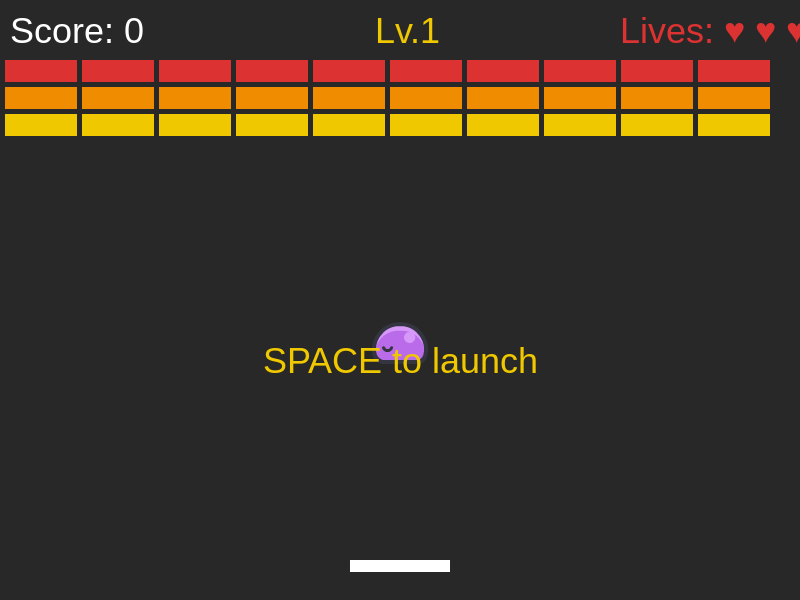
Repository: 20260182H-am/my-first-game
Script's output: python BreakOut.py
These files come from the project's save history. The script's output is drawn as it stood at one moment and after the next save; the edit follows.
The window is shown after at most 60 frames with no key pressed. A system font it names is replaced by a similar one. Random numbers start from a fixed seed. It also reads assets/images/BreakOut_ball.png.

Above is the script's output before, as saved 2026-04-07 15:23:12.

### BreakOut.py
import pygame
import sys

pygame.init()

def get_korean_font(size):
    candidates = ["malgungothic", "applegothic", "nanumgothic", "notosanscjk"]
    for name in candidates:
        font = pygame.font.SysFont(name, size)
        if font.get_ascent() > 0:
            return font
    return pygame.font.SysFont(None, size)

WIDTH, HEIGHT = 800, 600
FPS = 60

WHITE = (255, 255, 255)
BLACK = (0, 0, 0)
GRAY = (40, 40, 40)
BLUE = (50, 120, 220)
RED = (220, 50, 50)
YELLOW = (240, 200, 0)
ORANGE = (240, 140, 0)
GREEN = (50, 200, 50)

BLOCK_COLORS = [RED, ORANGE, YELLOW, GREEN, BLUE]

screen = pygame.display.set_mode((WIDTH, HEIGHT))
pygame.display.set_caption("Breakout")
clock = pygame.time.Clock()
font = get_korean_font(36)
font_big = get_korean_font(72)

# 🔥 공 이미지 로드 (추가된 부분)
BALL_R = 32
ball_img = pygame.image.load("./assets/images/BreakOut_ball.png").convert_alpha()
ball_img = pygame.transform.scale(ball_img, (BALL_R * 2, BALL_R * 2))

LEVELS = [
    {"rows": 3, "ball_speed": 5, "label": "Lv.1"},
    {"rows": 5, "ball_speed": 6, "label": "Lv.2"},
    {"rows": 7, "ball_speed": 8, "label": "Lv.3"},
]

PAD_W, PAD_H = 100, 12
BLOCK_W, BLOCK_H = 72, 22
BLOCK_COLS = 10
BLOCK_MARGIN = 5
BLOCK_TOP = 60

def make_blocks(rows):
    blocks = []
    for r in range(rows):
        for c in range(BLOCK_COLS):
            x = BLOCK_MARGIN + c * (BLOCK_W + BLOCK_MARGIN)
            y = BLOCK_TOP + r * (BLOCK_H + BLOCK_MARGIN)
            color = BLOCK_COLORS[r % len(BLOCK_COLORS)]
            blocks.append(
                {"rect": pygame.Rect(x, y, BLOCK_W, BLOCK_H), "color": color, "hp": 1}
            )
    return blocks

def draw_hud(score, lives, level_cfg):
    screen.blit(font.render(f"Score: {score}", True, WHITE), (10, 10))
    screen.blit(font.render(f"Lives: {'♥ ' * lives}", True, RED), (WIDTH - 180, 10))
    screen.blit(font.render(level_cfg["label"], True, YELLOW), (WIDTH // 2 - 25, 10))

def message_screen(title, color, score):
    screen.fill(GRAY)
    screen.blit(font_big.render(title, True, color), (WIDTH // 2 - 180, 220))
    screen.blit(font.render(f"Score: {score}", True, WHITE), (350, 310))
    screen.blit(font.render("R: Restart   Q: Quit", True, WHITE), (270, 360))
    pygame.display.flip()
    while True:
        for e in pygame.event.get():
            if e.type == pygame.QUIT:
                pygame.quit()
                sys.exit()
            if e.type == pygame.KEYDOWN:
                if e.key == pygame.K_r:
                    return True
                if e.key == pygame.K_q:
                    pygame.quit()
                    sys.exit()

def main():
    level_idx = 0
    level_cfg = LEVELS[level_idx]

    pad = pygame.Rect(WIDTH // 2 - PAD_W // 2, HEIGHT - 40, PAD_W, PAD_H)
    ball = pygame.Rect(WIDTH // 2 - BALL_R, HEIGHT // 2, BALL_R * 2, BALL_R * 2)

    bx, by = level_cfg["ball_speed"], -level_cfg["ball_speed"]
    blocks = make_blocks(level_cfg["rows"])
    score = 0
    lives = 3
    launched = False

    while True:
        clock.tick(FPS)

        for e in pygame.event.get():
            if e.type == pygame.QUIT:
                pygame.quit()
                sys.exit()
            if e.type == pygame.KEYDOWN and e.key == pygame.K_SPACE:
                launched = True

        keys = pygame.key.get_pressed()
        if keys[pygame.K_LEFT] and pad.left > 0:
            pad.x -= 7
        if keys[pygame.K_RIGHT] and pad.right < WIDTH:
            pad.x += 7

        if not launched:
            ball.centerx = pad.centerx
            screen.fill(GRAY)

            for b in blocks:
                pygame.draw.rect(screen, b["color"], b["rect"])

            pygame.draw.rect(screen, WHITE, pad)

            # 🔥 공 blit (기존 ellipse 제거)
            screen.blit(ball_img, ball)

            draw_hud(score, lives, level_cfg)

            text_surf = font.render("SPACE to launch", True, YELLOW)
            screen.blit(
                text_surf, (WIDTH // 2 - text_surf.get_width() // 2, HEIGHT // 2 + 40)
            )
            pygame.display.flip()
            continue

        ball.x += bx
        ball.y += by

        if ball.left <= 0 or ball.right >= WIDTH:
            bx = -bx
        if ball.top <= 0:
            by = -by

        if ball.colliderect(pad) and by > 0:
            offset = (ball.centerx - pad.centerx) / (PAD_W / 2)
            bx = int(offset * level_cfg["ball_speed"]) or bx
            by = -abs(by)

        hit_block = None
        for b in blocks:
            if ball.colliderect(b["rect"]):
                hit_block = b
                break

        if hit_block:
            hit_block["hp"] -= 1
            if hit_block["hp"] <= 0:
                blocks.remove(hit_block)
                score += 10
            by = -by

        if ball.bottom >= HEIGHT:
            lives -= 1
            launched = False
            ball.center = (WIDTH // 2, HEIGHT // 2)

            if lives <= 0:
                if message_screen("GAME OVER", RED, score):
                    main()
                return

        if not blocks:
            level_idx += 1
            if level_idx >= len(LEVELS):
                if message_screen("CLEAR!", YELLOW, score):
                    main()
                return

            level_cfg = LEVELS[level_idx]
            blocks = make_blocks(level_cfg["rows"])
            launched = False
            ball.center = (WIDTH // 2, HEIGHT // 2)
            bx, by = level_cfg["ball_speed"], -level_cfg["ball_speed"]

        screen.fill(GRAY)

        for b in blocks:
            pygame.draw.rect(screen, b["color"], b["rect"])

        pygame.draw.rect(screen, WHITE, pad)

        # 🔥 공 blit (여기도 교체)
        screen.blit(ball_img, ball)

        draw_hud(score, lives, level_cfg)
        pygame.display.flip()

main()

After the next save:
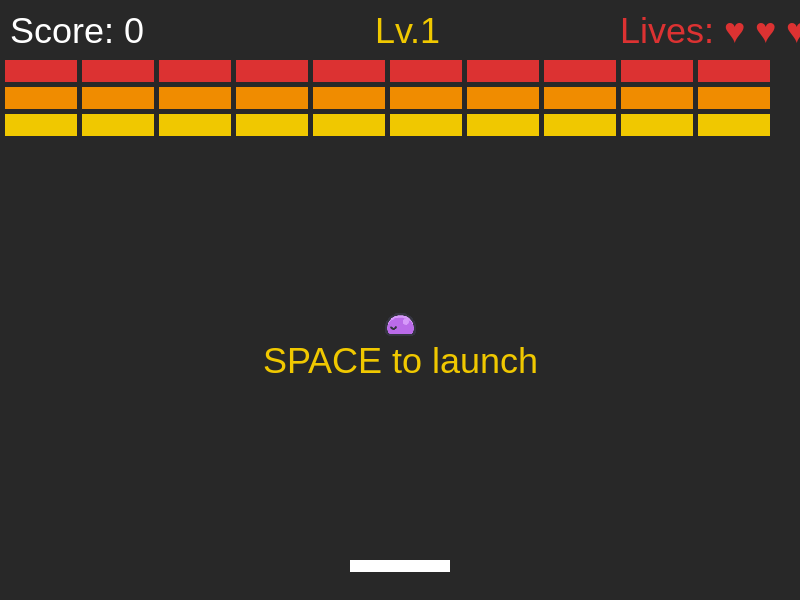
Saved 70 s later.
--- a/BreakOut.py
+++ b/BreakOut.py
@@ -32,7 +32,7 @@
 font_big = get_korean_font(72)
 
 # 🔥 공 이미지 로드 (추가된 부분)
-BALL_R = 32
+BALL_R = 18
 ball_img = pygame.image.load("./assets/images/BreakOut_ball.png").convert_alpha()
 ball_img = pygame.transform.scale(ball_img, (BALL_R * 2, BALL_R * 2))
 
@@ -195,4 +195,8 @@
         draw_hud(score, lives, level_cfg)
         pygame.display.flip()
 
+        angle += 5
+        rotated_img = pygame.transform.rotate(ball_img, angle)
+        rect = rotated_img.get_rect(center=ball.center)
+        screen.blit(rotated_img, rect)
 main()
